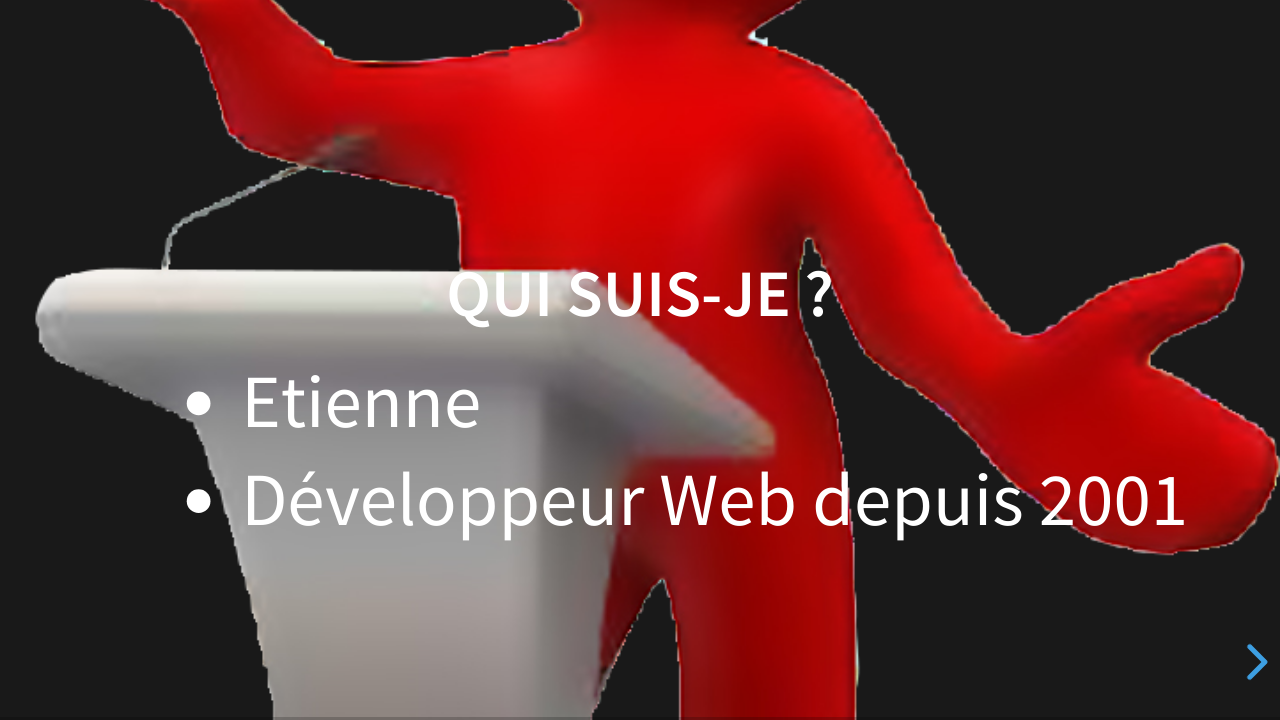
Repository: cutesquirrel/pres-college
Page: index.html
These files come from the project's save history. The page is drawn as it stood at one moment and after the next save; the edit follows.
The browser window is 1280 px wide. The pictures show the whole page.

Above is the page before, as saved 2024-03-31 10:37:54.

After the next save:
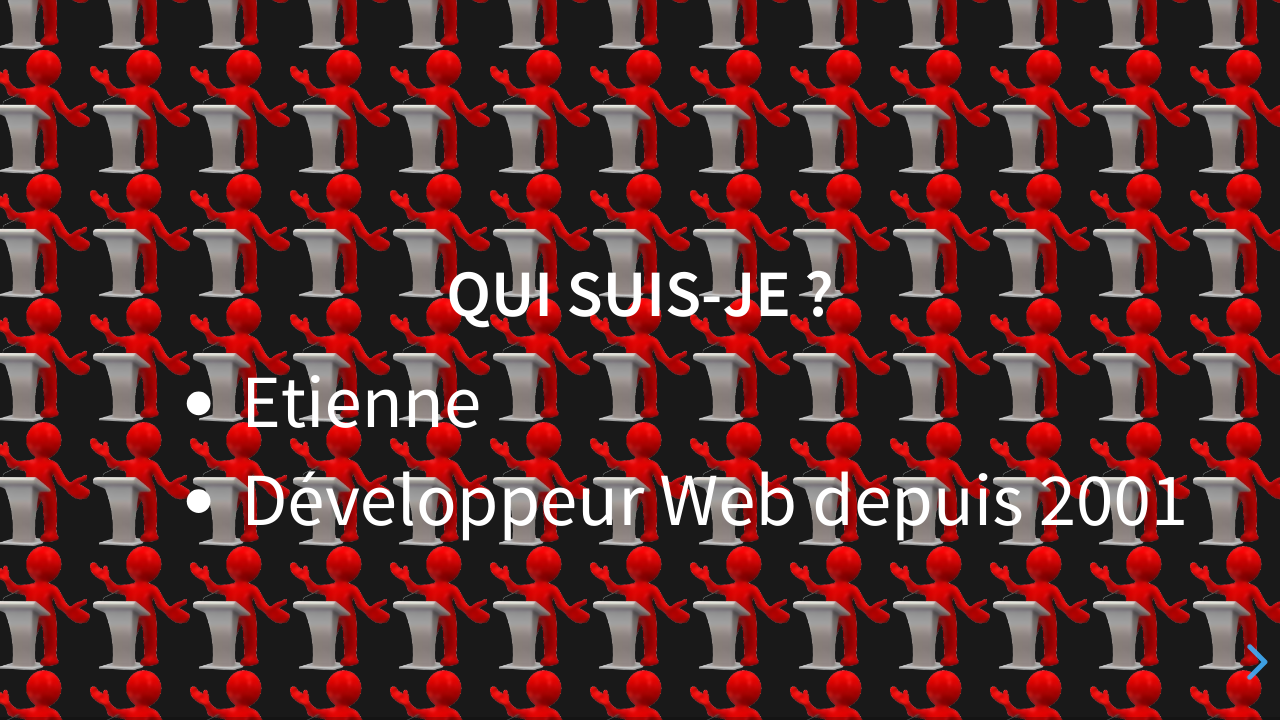
Saved 17 s later.
--- a/index.html
+++ b/index.html
@@ -16,7 +16,7 @@
 	<body>
 		<div class="reveal">
 			<div class="slides">
-				<section data-background-image="./whoami.png">
+				<section data-background-image="./whoami.png" data-background-size="100px" data-background-repeat="repeat">
 					<h2>Qui suis-je ?</h2>
 					<ul class="r-fit-text" >
 						<li>Etienne</li>
